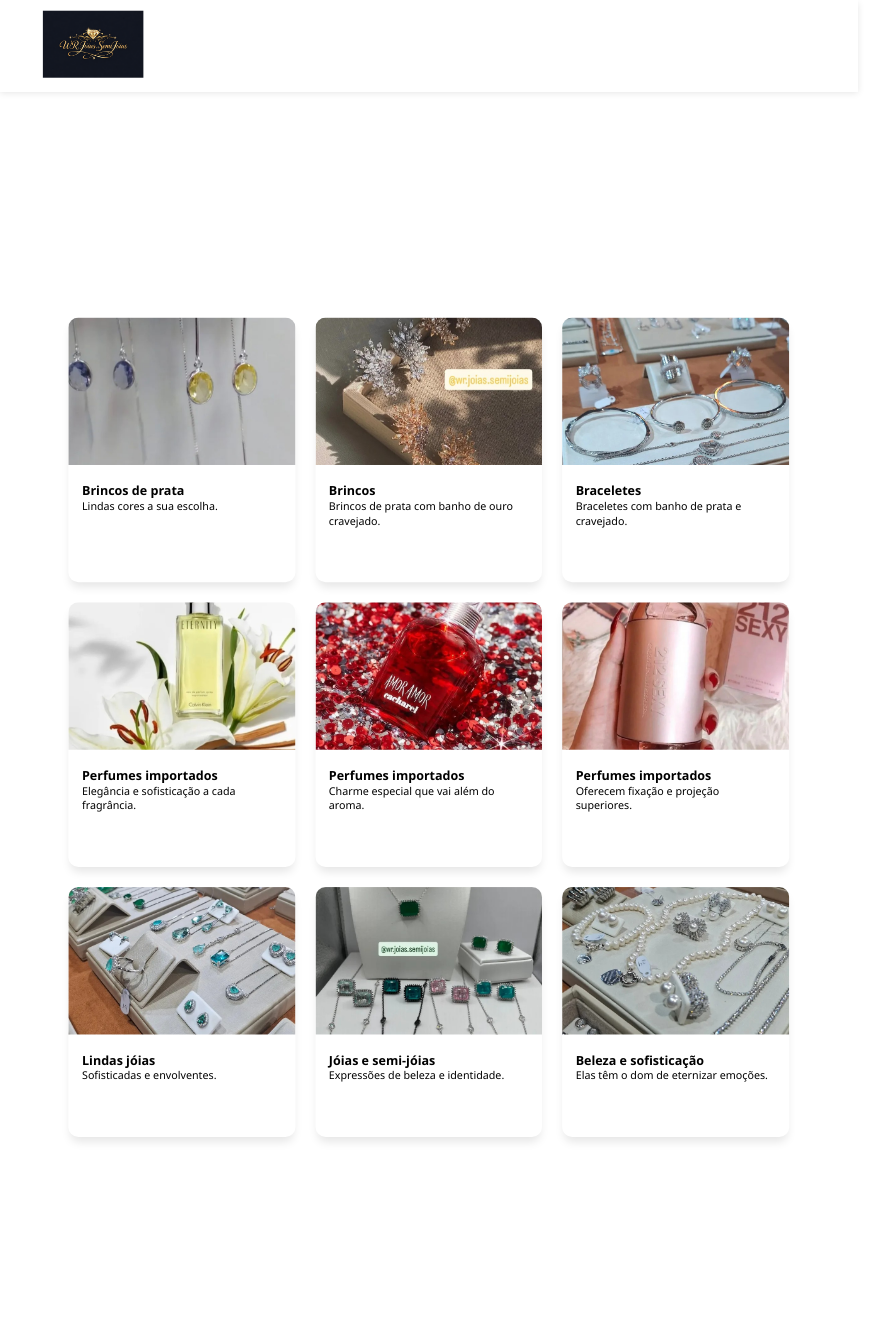
Repository: Sandro1969-tech/joias-perfumes
Page: index.html
The author's editor kept a copy of each file at every save. The page is drawn from the files as they stood at one save, then again after the next save.
The browser window is 1280 px wide. The page is 1280 px wide, then 1317 px, so the pictures cover 1317 px, including what lies to the right of the window. The pictures show the whole page, at 67% of full size.

Above is the page before, as saved 2026-01-28 18:00:20.

### index.html
<!DOCTYPE html>
<html lang="pt-br">
<head>
    <meta charset="UTF-8">
    <meta name="viewport" content="width=device-width, initial-scale=1.0">
    <title>WR.Jóias.SemiJóias & Perfumes Importados</title>
    <link rel="stylesheet" href="https://cdnjs.cloudflare.com/ajax/libs/font-awesome/6.0.0/css/all.min.css">
    <link rel="shortcut icon" href="assets/image/icone.png" type="image/x-icon">

    <style>
        /* VARIÁVEIS DE CORES */
    /* Tema padrão */
:root {

/* Tema luxo */
[data-theme="luxo"] {
  --primary-gradient: linear-gradient(135deg, #8a1e3a, #f63b82); /* Rosa luxo */
  --bg-color: #fff8fa;
  --text-color: #3b1e29;
  --card-bg: #ffffff;
  --accent-color: #f63b82;
  --button-hover: #8a1e3a
}

        [data-theme="dark"] {
            --bg-color: #0f172a;
            --text-color: #f1f5f9;
            --card-bg: #1e293b;
            --accent-color: #3b82f6;
        }

        /* RESET E GERAL */
        * {
            margin: 0; padding: 0; box-sizing: border-box;
            transition: background 0.4s ease, color 0.4s ease;
            font-family: 'Segoe UI', Tahoma, sans-serif;
        }

        body {
            background-color: var(--bg-color);
            color: var(--text-color);
        }

        /* HEADER E MENU */
        header {
            background: var(--primary-gradient);
            padding: 1rem 5%;
            display: flex;
            justify-content: space-between;
            align-items: center;
            position: sticky; top: 0; z-index: 1000;
            box-shadow: 0 4px 10px rgba(0,0,0,0.1);
        }
.hero h1 {
  animation: pulse 1.5s infinite, glow 2s infinite;
}

/* Efeito de pulsar (escala) */
@keyframes pulse {
  0% { transform: scale(1); }
  50% { transform: scale(1.1); }
  100% { transform: scale(1); }
}

/* Efeito de brilho pulsante */
@keyframes glow {
  0% { text-shadow: 0 0 5px #fff, 0 0 10px #3b82f6; }
  50% { text-shadow: 0 0 20px #fff, 0 0 30px #1e3a8a; }
  100% { text-shadow: 0 0 5px #fff, 0 0 10px #3b82f6; }
}
        .logo img { height: 100px; }

        .nav-container { display: flex; align-items: center; gap: 20px; }

        .nav-links { display: flex; list-style: none; gap: 20px; }

        .nav-links a {
            color: white; text-decoration: none; font-weight: bold;
            transition: 0.3s;
        }
        .nav-links a:hover { color: var(--accent-color); padding-left: 5px; }

        /* BOTÃO TEMA */
        #theme-toggle {
            background: rgba(255,255,255,0.2);
            border: 1px solid white;
            color: white;
            padding: 8px 15px;
            border-radius: 20px;
            cursor: pointer;
            font-weight: bold;
        }

        /* HERO SECTION */
        .hero {
            text-align: center;
            padding: 100px 20px;
            background: var(--primary-gradient);
            color: white;
            clip-path: ellipse(150% 100% at 50% 0%);
        }

        .hero h1 { font-size: 2.5rem; margin-bottom: 10px; }

        /* GRID DE 3 COLUNAS (CORRIGIDO) */
        .destinos-container {
            display: grid;
            grid-template-columns: repeat(3, 1fr); /* 3 colunas fixas no desktop */
            gap: 30px;
            padding: 50px 8%;
            max-width: 1400px;
            margin: 0 auto;
        }

        .card {
            background: var(--card-bg);
            border-radius: 15px;
            overflow: hidden;
            box-shadow: 0 10px 15px -3px rgba(0,0,0,0.1);
            transition: transform 0.3s ease;
        }

        .card:hover { transform: translateY(-10px); }

        .card img { width: 100%; height: 220px; object-fit: cover; }

        .card-content { padding: 20px; }

        /* BOTÕES COM MOVIMENTO SUAVE (CORRIGIDO) */
        .btn-reserva {
            display: inline-block;
            margin-top: 15px;
            padding: 12px 25px;
            background: var(--primary-gradient);
            color: white;
            text-decoration: none;
            border-radius: 8px;
            font-weight: bold;
            transition: all 0.4s cubic-bezier(0.175, 0.885, 0.32, 1.275);
        }

        .btn-reserva:hover {
            background: var(--button-hover);
            transform: scale(1.05) translateX(10px); /* Movimenta para o lado suavemente */
            box-shadow: 0 5px 15px rgba(59, 130, 246, 0.4);
        }

        /* RODAPÉ */
        footer {
            background: var(--primary-gradient);
            color: white;
            padding: 40px 5%;
            text-align: center;
            margin-top: 50px;
        }

        .footer-content {
            display: flex; justify-content: space-between;
            align-items: center; flex-wrap: wrap; gap: 20px;
        }

        .social-icon {
            color: white; font-size: 1.8rem; margin: 0 10px;
            transition: 0.4s; display: inline-block;
        }
        .social-icon:hover { transform: translateY(-8px); color: var(--accent-color); }

        /* RESPONSIVIDADE */
        @media (max-width: 1024px) { .destinos-container { grid-template-columns: repeat(2, 1fr); } }
        @media (max-width: 768px) {
            .destinos-container { grid-template-columns: 1fr; }
            .nav-links { display: none; } /* Simplificado para focar no erro anterior */
        }
    </style>
</head>
<body>

    <header>
        <div class="logo">
            <img src="assets/image/logo.png" alt="Passaporte Mágico">
        </div>
        <nav class="nav-container">
            <ul class="nav-links">
                <li><a href="#">Início</a></li>

            </ul>
            <button id="theme-toggle">Trocar Tema</button>
        </nav>
    </header>

    <section class="hero">
        <h1>WR.Jóias.SemiJóias & Perfumes Importados.</h1>
        <p>Luxo, requinte e sofisticação</p>
    </section>

    <main class="destinos-container">
        <div class="card">
            <img src="assets/image/joia1.png" alt="Brincos">
            <div class="card-content">
                <h3>Brincos de prata</h3>
                <p>Lindas cores a sua escolha.</p>
                <a href="#" class="btn-reserva">Consulta whatsapp</a>
            </div>
        </div>
        <div class="card">
            <img src="assets/image/joia4.png" alt="Brincos">
            <div class="card-content">
                <h3>Brincos</h3>
                <p>Brincos de prata com banho de ouro cravejado.</p>
                <a href="#" class="btn-reserva">Consulta whatsapp</a>
            </div>
        </div>
        <div class="card">
            <img src="assets/image/joia5.png" alt="Bracelete">
            <div class="card-content">
                <h3>Braceletes</h3>
                <p>Braceletes com banho de prata e cravejado.</p>
                <a href="#" class="btn-reserva">Consulta whatsapp</a>
            </div>
        </div>
        <div class="card">
            <img src="assets/image/eternity.png" alt="Perfume">
            <div class="card-content">
                <h3>Perfumes importados</h3>
                <p>Elegância e sofisticação a cada fragrância.</p>
                <a href="#" class="btn-reserva">Consulta whatsapp</a>
            </div>
        </div>
        <div class="card">
            <img src="assets/image/cacharrel.png" alt="Perfume">
            <div class="card-content">
                <h3>Perfumes importados</h3>
                <p>Charme especial que vai além do aroma.</p>
                <a href="#" class="btn-reserva">Consulta whatsapp</a>
            </div>
        </div>
        <div class="card">
            <img src="assets/image/sexy.png" alt="Perfume">
            <div class="card-content">
                <h3>Perfumes importados</h3>
                <p>Oferecem fixação e projeção superiores.</p>
                <a href="#" class="btn-reserva">Consulta whatsapp</a>
            </div>
                        </div>


<div class="card">
    <img src="assets/image/joia7.png" alt="joias">
    <div class="card-content">
        <h3>Lindas jóias</h3>
        <p>Sofisticadas e envolventes.</p>
        <a href="#" class="btn-reserva">Consulta whatsapp</a>
    </div>
</div>

<div class="card">
    <img src="assets/image/joia8.png" alt="joias">
    <div class="card-content">
        <h3>Jóias e semi-jóias</h3>
        <p>Expressões de beleza e identidade.</p>
        <a href="#" class="btn-reserva">Consulta whatsapp</a>
    </div>
</div>

<div class="card">
    <img src="assets/image/perola.png" alt="joias">
    <div class="card-content">
        <h3>Beleza e sofisticação</h3>
        <p>Elas têm o dom de eternizar emoções.</p>
        <a href="#" class="btn-reserva">Consulta whatsapp</a>
    </div>
</div>
    </main>

    <footer>
        <div class="footer-content">
            <div class="footer-info">
                <h2>WR.Jóias.SemiJóias & Perfumes Importados</h2>
                <p><i class="fas fa-phone"></i> (011) 96400-0703 - (011) 99445-6607</p>
                <p><i class="fas fa-envelope"></i> rogeriorodrigues008@gmail.com</p>
            </div>
            <div class="footer-socials">
                <a href="https://www.instagram.com/wr.joias.semijoias?igsh=MTc0eHdubjJiMHdxeQ==" class="social-icon"><i class="fab fa-instagram"></i></a>

            </div>
        </div>
        <p style="margin-top:20px; opacity:0.7;">&copy; 2026 WR.Jóias.SemiJóias & Perfumes Importados.</p>
    </footer>

    <script>
        const themeBtn = document.getElementById('theme-toggle');
        const body = document.body;

        themeBtn.onclick = () => {
            if (body.hasAttribute('data-theme')) {
                body.removeAttribute('data-theme');
                localStorage.setItem('theme', 'light');
                themeBtn.innerText = "Trocar Tema";
            } else {
                body.setAttribute('data-theme', 'dark');
                localStorage.setItem('theme', 'dark');
                themeBtn.innerText = "Modo Claro";
            }
        };

        // Verifica preferência salva
        if (localStorage.getItem('theme') === 'dark') {
            body.setAttribute('data-theme', 'dark');
            themeBtn.innerText = "Modo Claro";
        }
    </script>
</body>
</html>

After the next save:
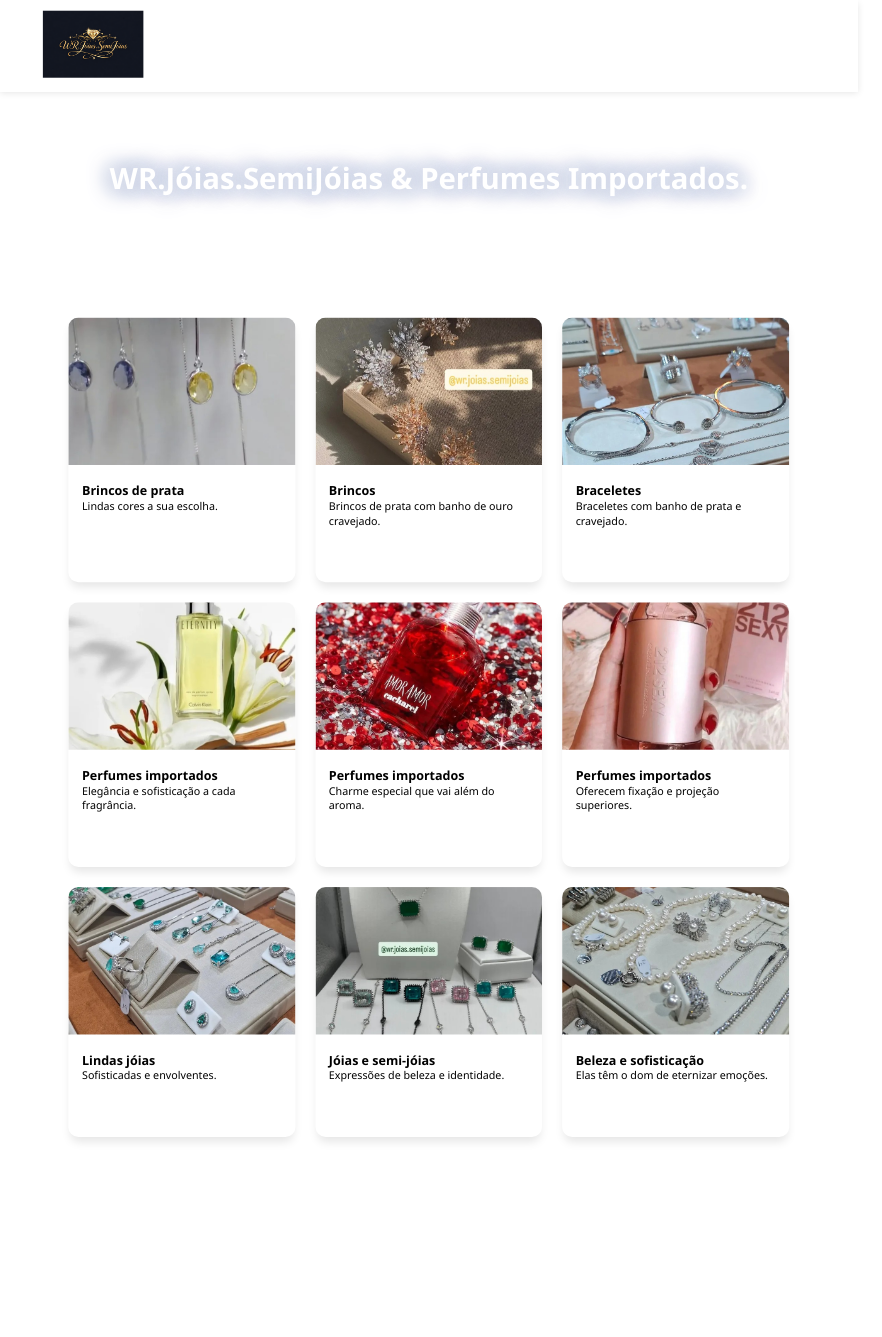
Saved 21 s later.
--- a/index.html
+++ b/index.html
@@ -10,17 +10,7 @@
     <style>
         /* VARIÁVEIS DE CORES */
     /* Tema padrão */
-:root {
-
-/* Tema luxo */
-[data-theme="luxo"] {
-  --primary-gradient: linear-gradient(135deg, #8a1e3a, #f63b82); /* Rosa luxo */
-  --bg-color: #fff8fa;
-  --text-color: #3b1e29;
-  --card-bg: #ffffff;
-  --accent-color: #f63b82;
-  --button-hover: #8a1e3a
-}
+
 
         [data-theme="dark"] {
             --bg-color: #0f172a;
